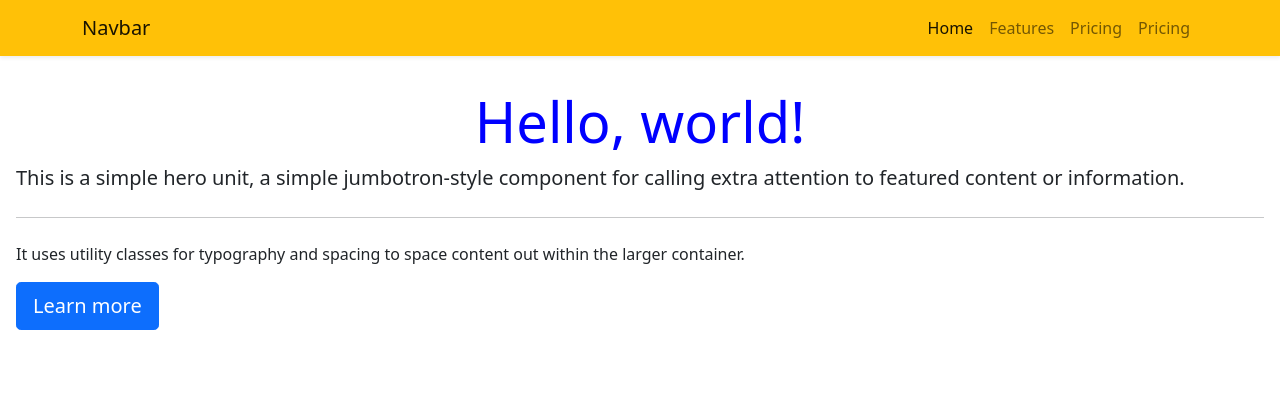
Repository: Novemberdad/gemilangtech.github.io
Page: index.html
The author's editor kept a copy of each file at every save. The page is drawn from the files as they stood at one save, then again after the next save.
The browser window is 1280 px wide. The pictures show the whole page.

Above is the page before, as saved 2021-07-20 23:25:33.

After the next save:
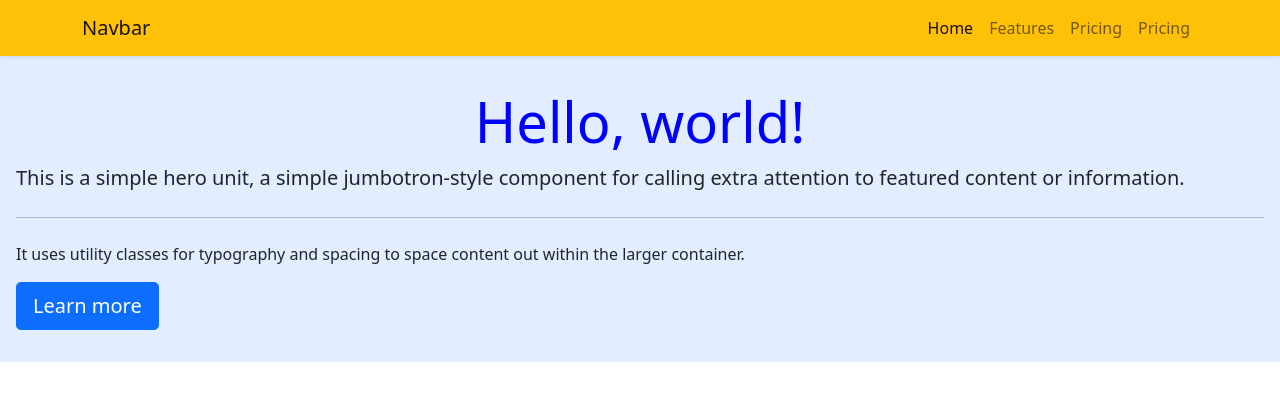
Saved 32 s later.
--- a/style.css
+++ b/style.css
@@ -1,4 +1,4 @@
 .jumbotron {
     padding: 2rem 1rem;
-    background-color: e2edff;
+    background-color: #e2edff;
 }
